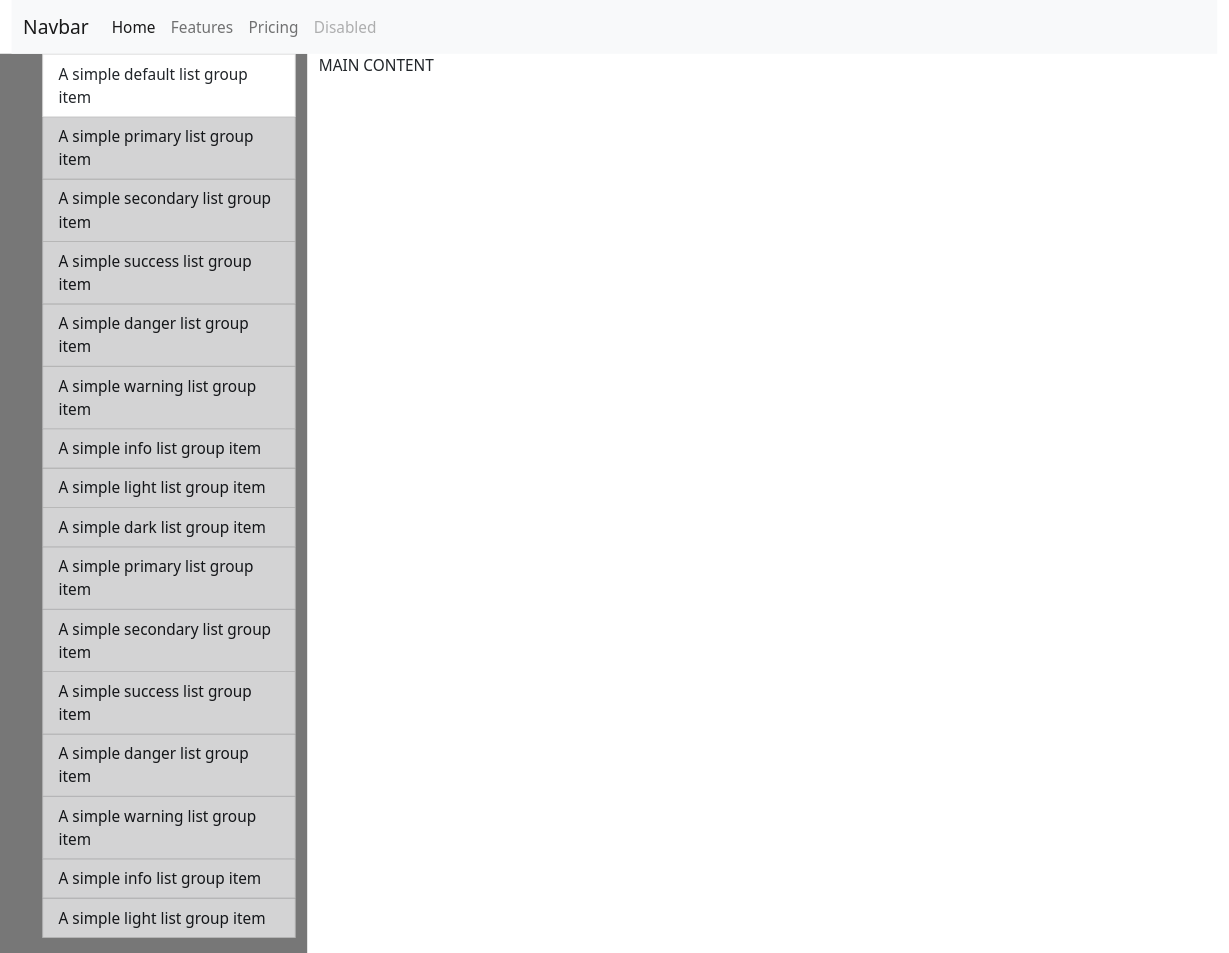
Repository: Dayvid0/BOOTSTRAP-TUTORIALS
Page: BOOTSTRAP-GRID-LAYOUTS/ibmexample.html
An editor plug-in stored every save of this project. The page is shown before and after the next save, followed by the edit.
The browser window is 1280 px wide. The pictures show the whole page, at 96% of full size.

Above is the page before, as saved 2025-01-25 09:25:18.

### BOOTSTRAP-GRID-LAYOUTS/ibmexample.html
<!doctype html>
<html lang="en">
  <head>
    <!-- Required meta tags -->
    <meta charset="utf-8">
    <meta name="viewport" content="width=device-width, initial-scale=1">
    <title>IBM PRACTICE LAYOUT</title>
    <!-- Bootstrap CSS -->
    <link href="https://cdn.jsdelivr.net/npm/bootstrap@5.0.2/dist/css/bootstrap.min.css" rel="stylesheet" integrity="sha384-EVSTQN3/azprG1Anm3QDgpJLIm9Nao0Yz1ztcQTwFspd3yD65VohhpuuCOmLASjC" crossorigin="anonymous">
    <link rel="stylesheet" href="ibm-style.css"
  </head>
  <body>
    <div class="container-fluid">
      <nav class="navbar navbar-expand-lg navbar-light bg-light">
        <div class="container-fluid">
          <a class="navbar-brand" href="#">Navbar</a>
          <button class="navbar-toggler" type="button" data-bs-toggle="collapse" data-bs-target="#navbarNav" aria-controls="navbarNav" aria-expanded="false" aria-label="Toggle navigation">
            <span class="navbar-toggler-icon"></span>
          </button>
          <div class="collapse navbar-collapse" id="navbarNav">
            <ul class="navbar-nav">
              <li class="nav-item">
                <a class="nav-link active" aria-current="page" href="#">Home</a>
              </li>
              <li class="nav-item">
                <a class="nav-link" href="#">Features</a>
              </li>
              <li class="nav-item">
                <a class="nav-link" href="#">Pricing</a>
              </li>
              <li class="nav-item">
                <a class="nav-link disabled" href="#" tabindex="-1" aria-disabled="true">Disabled</a>
              </li>
            </ul>
          </div>
        </div>
      </nav>
    </div>
    <div class="container-fluid">
      <div class="row"> <!-- ./row-->
        <div class="col-3 sidebar">
          <ul >
            <li class="list-group-item">A simple default list group item</li>
            <li class="list-group-item list-group-item-dark">A simple primary list group item</li>
            <li class="list-group-item list-group-item-dark">A simple secondary list group item</li>
            <li class="list-group-item list-group-item-dark">A simple success list group item</li>
            <li class="list-group-item list-group-item-dark">A simple danger list group item</li>
            <li class="list-group-item list-group-item-dark">A simple warning list group item</li>
            <li class="list-group-item list-group-item-dark">A simple info list group item</li>
            <li class="list-group-item list-group-item-dark">A simple light list group item</li>
            <li class="list-group-item list-group-item-dark">A simple dark list group item</li>
            <li class="list-group-item list-group-item-dark">A simple primary list group item</li>
            <li class="list-group-item list-group-item-dark">A simple secondary list group item</li>
            <li class="list-group-item list-group-item-dark">A simple success list group item</li>
            <li class="list-group-item list-group-item-dark">A simple danger list group item</li>
            <li class="list-group-item list-group-item-dark">A simple warning list group item</li>
            <li class="list-group-item list-group-item-dark">A simple info list group item</li>
            <li class="list-group-item list-group-item-dark">A simple light list group item</li>
          </ul>
        </div><!-- ./col-3-->
        <div class="col-9">
          MAIN CONTENT
        </div><!-- ./col-9-->
      </div><!-- ./row -->
    </div><!-- ./container-fluid -->
    <script src="https://cdn.jsdelivr.net/npm/bootstrap@5.0.2/dist/js/bootstrap.bundle.min.js" integrity="sha384-MrcW6ZMFYlzcLA8Nl+NtUVF0sA7MsXsP1UyJoMp4YLEuNSfAP+JcXn/tWtIaxVXM" crossorigin="anonymous"></script>
  </body>
</html>

### BOOTSTRAP-GRID-LAYOUTS/ibm-style.css
.sidebar {
  background-color: #777;
  max-height: 1000px;
  overflow-y: scroll;
}

After the next save:
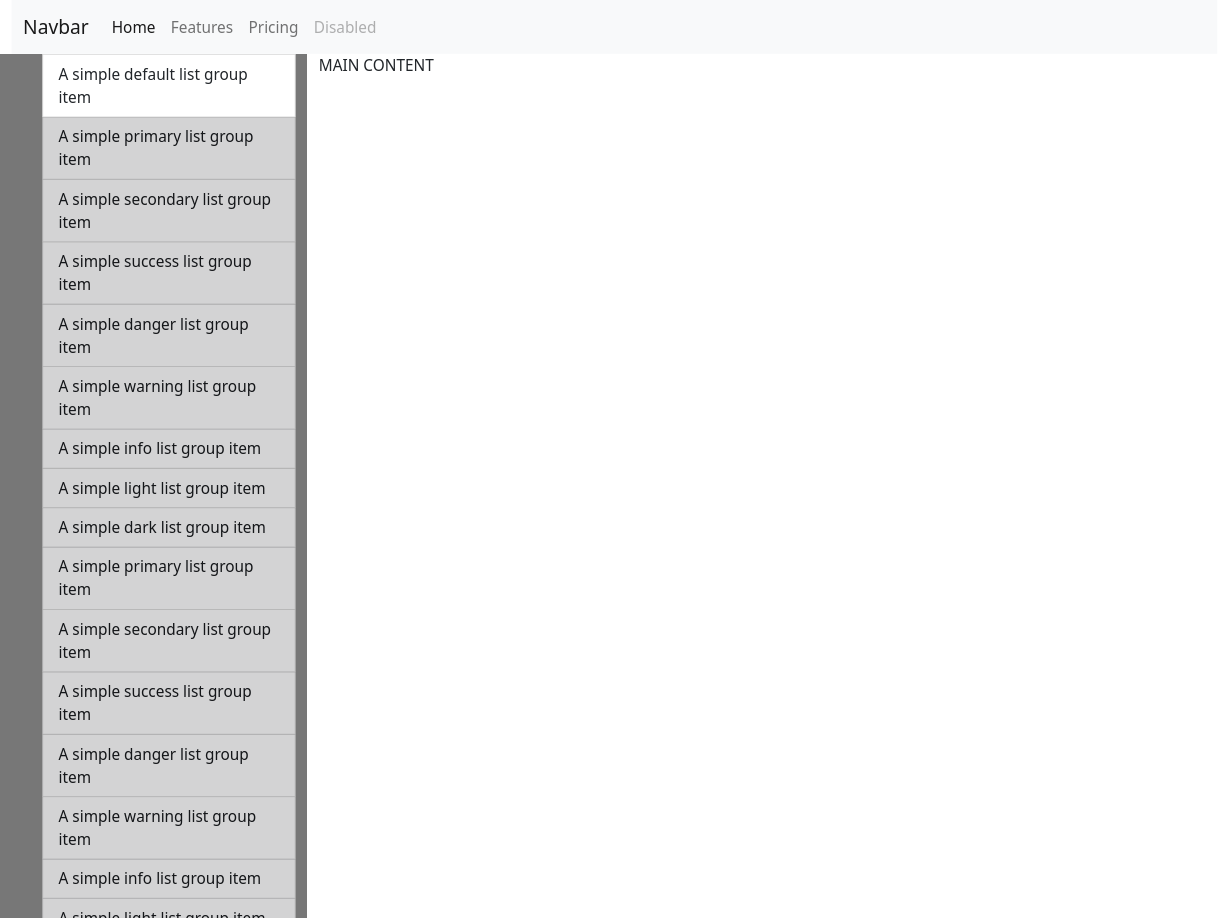
Saved 12 s later.
--- a/BOOTSTRAP-GRID-LAYOUTS/ibm-style.css
+++ b/BOOTSTRAP-GRID-LAYOUTS/ibm-style.css
@@ -1,5 +1,5 @@
 .sidebar {
   background-color: #777;
-  max-height: 1000px;
+  max-height: 900px;
   overflow-y: scroll;
 }
